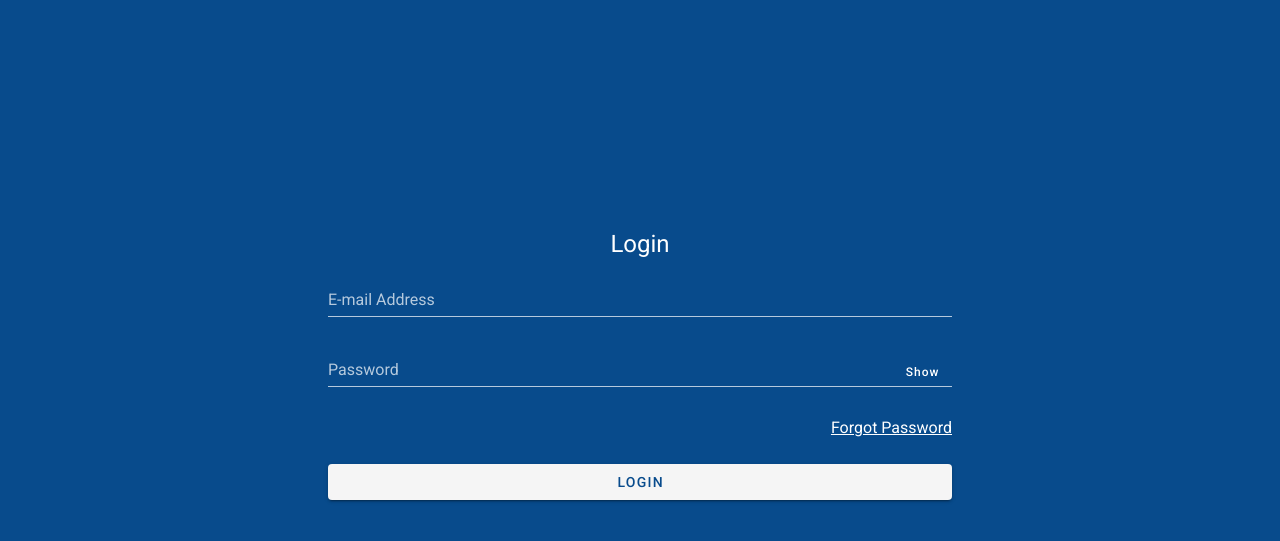
Repository: Grace229/Login
Page: /
An editor plug-in stored every save of this project. The page is shown before and after the next save, followed by the edit.
The browser window is 1280 px wide. The pictures show the whole page.
The project was rebuilt for these pictures with package versions that can differ from the ones it lists, and the page was loaded fresh each time. Also part of the build but not shown: vue.config.js. Imported but missing from the stored project, and not drawn on this page: src/components/EventBus, src/views/About.vue.

Above is the page before, as saved 2021-02-15 12:09:01.

After the next save:
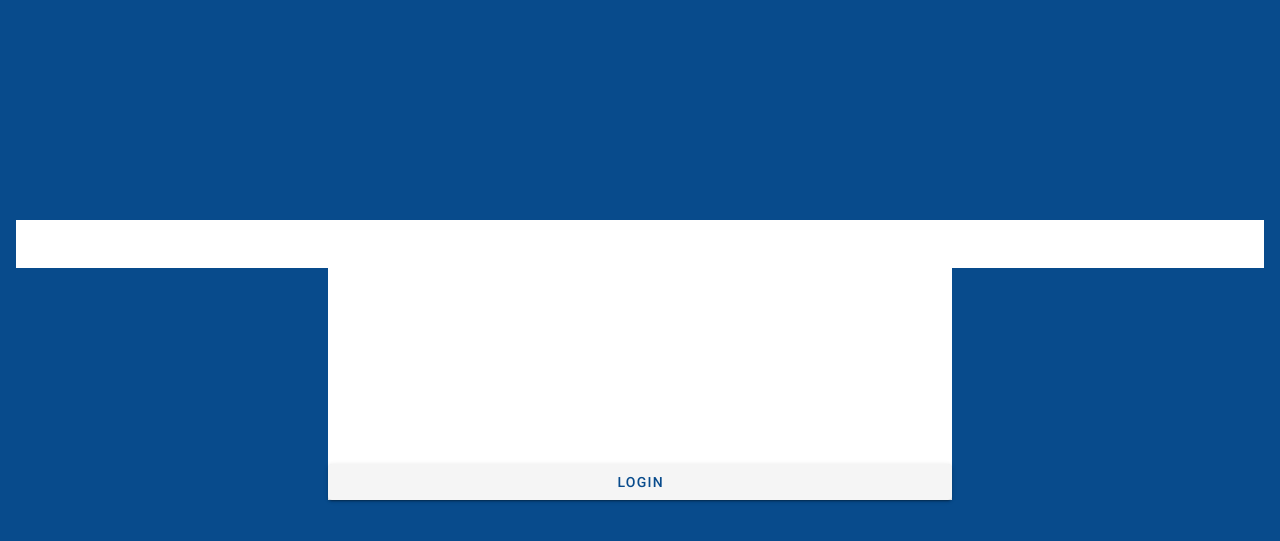
Saved 5 min 51 s later.
--- a/src/views/Home.vue
+++ b/src/views/Home.vue
@@ -97,3 +97,9 @@ export default {
   },
 };
 </script>
+<style scoped>
+* {
+  width: 100%;
+  background-color: #fff;
+}
+</style>

After the save that followed:
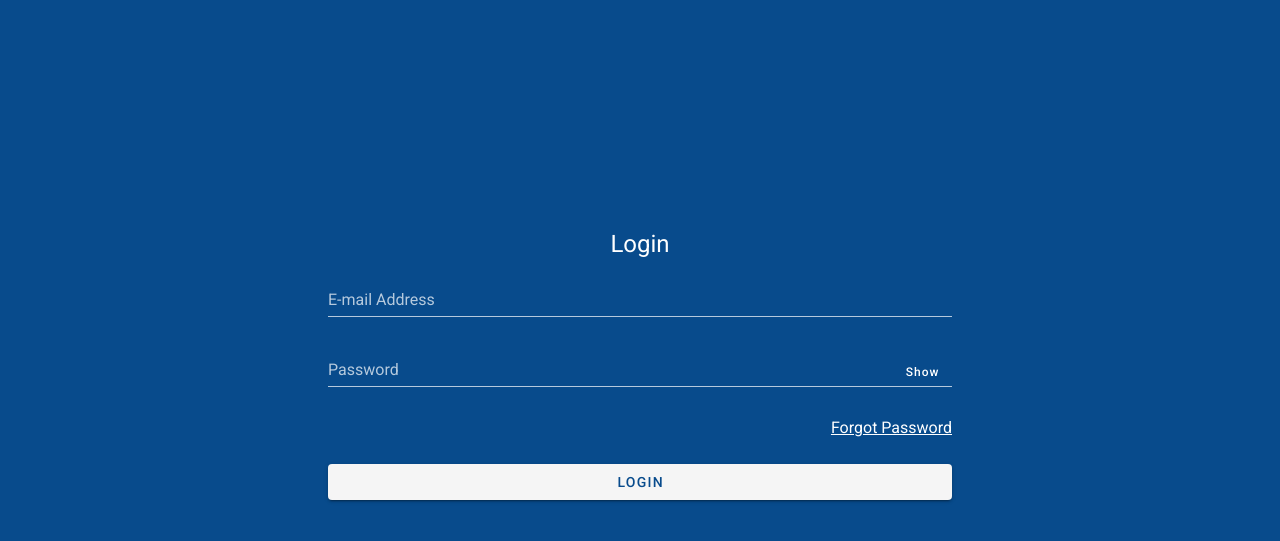
Saved 37 s later.
--- a/src/views/Home.vue
+++ b/src/views/Home.vue
@@ -97,9 +97,3 @@ export default {
   },
 };
 </script>
-<style scoped>
-* {
-  width: 100%;
-  background-color: #fff;
-}
-</style>
